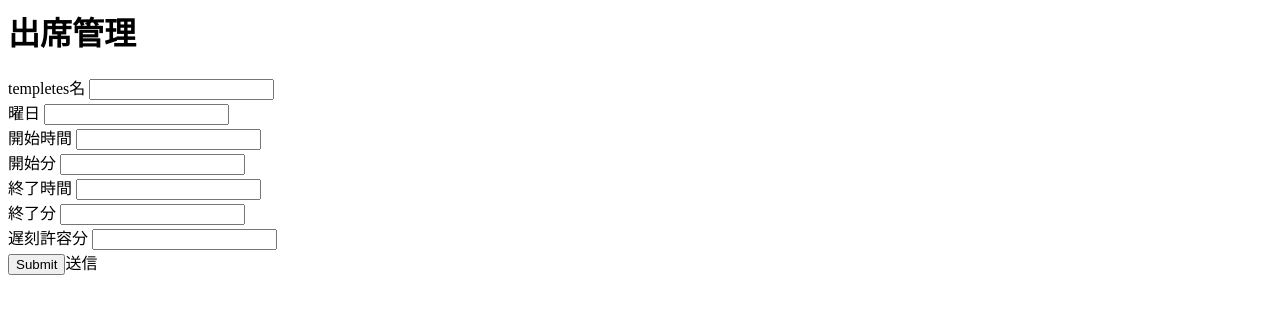
Repository: inamura123/auto_attend_system
Page: http://localhost/test
The author's editor kept a record of every edit. The page is drawn from the files as they stood at one moment, then again after the next edit.
The browser window is 1280 px wide. The pictures show the whole page.
The page is served by the project's Laravel application, run on PHP 8.4 with Laravel 9.

Above is the page before.

After the next edit:
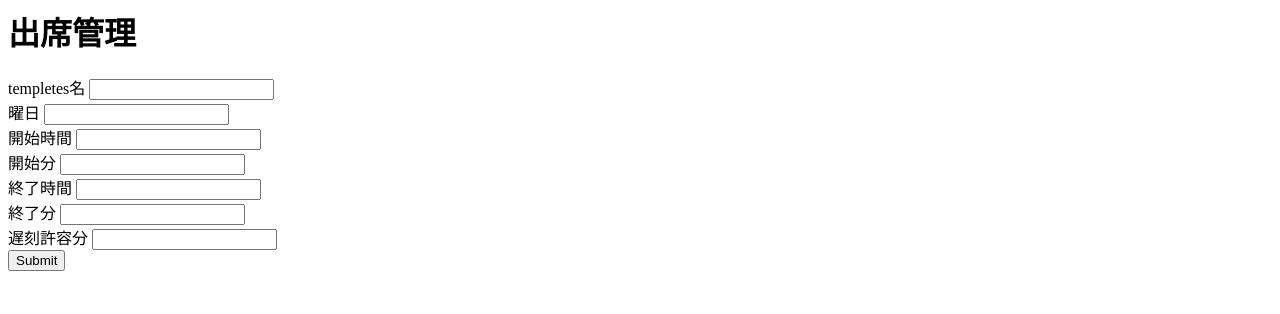
The edit:
--- a/myapp/resources/views/test.blade.php
+++ b/myapp/resources/views/test.blade.php
@@ -65,7 +65,7 @@
                   <!-- カラム５ -->
                   <div>
                       <div>
-                             <input type="submit">送信</input>
+                             <input type="submit"></input>
                       </div>
                    </div>
             </form>
